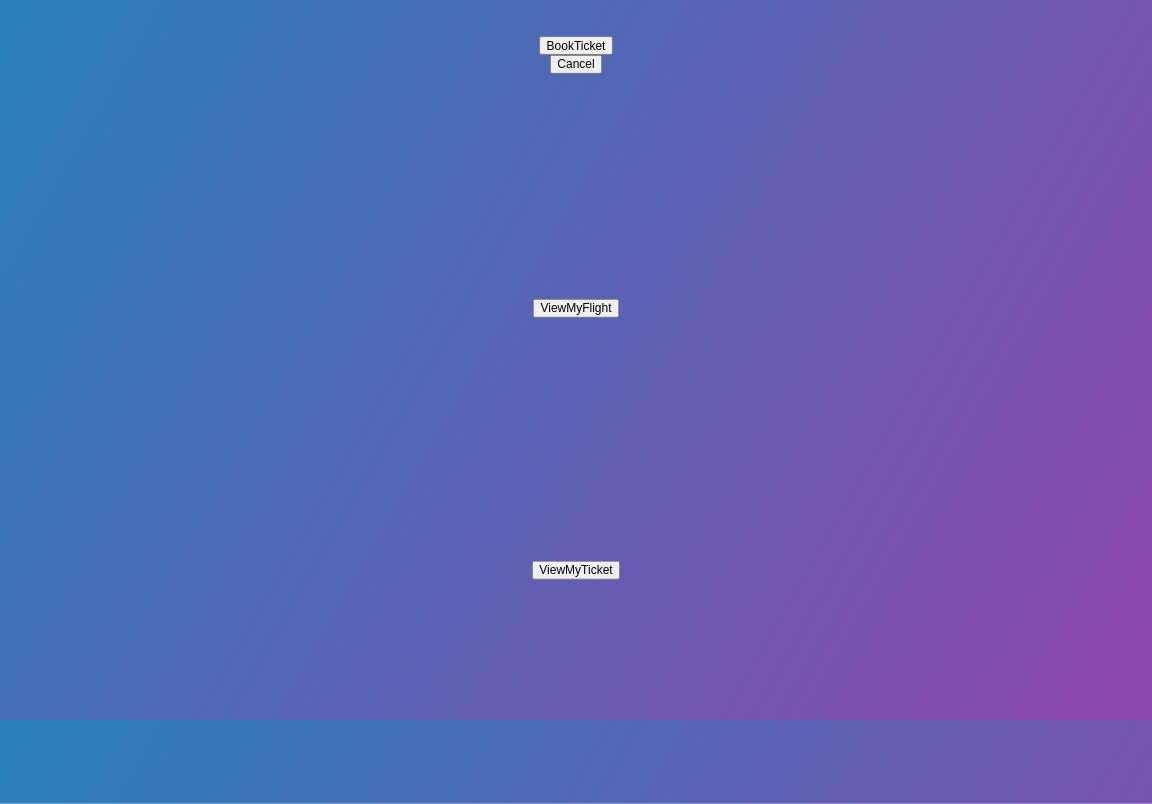
Repository: kalpesh3070/backend2
Page: flyaway/src/main/webapp/main.html
An editor plug-in stored every save of this project. The page is shown before and after the next save, followed by the edit.
The browser window is 1280 px wide. The pictures show the whole page, at 90% of full size.

Above is the page before, as saved 2022-11-14 16:21:08.

After the next save:
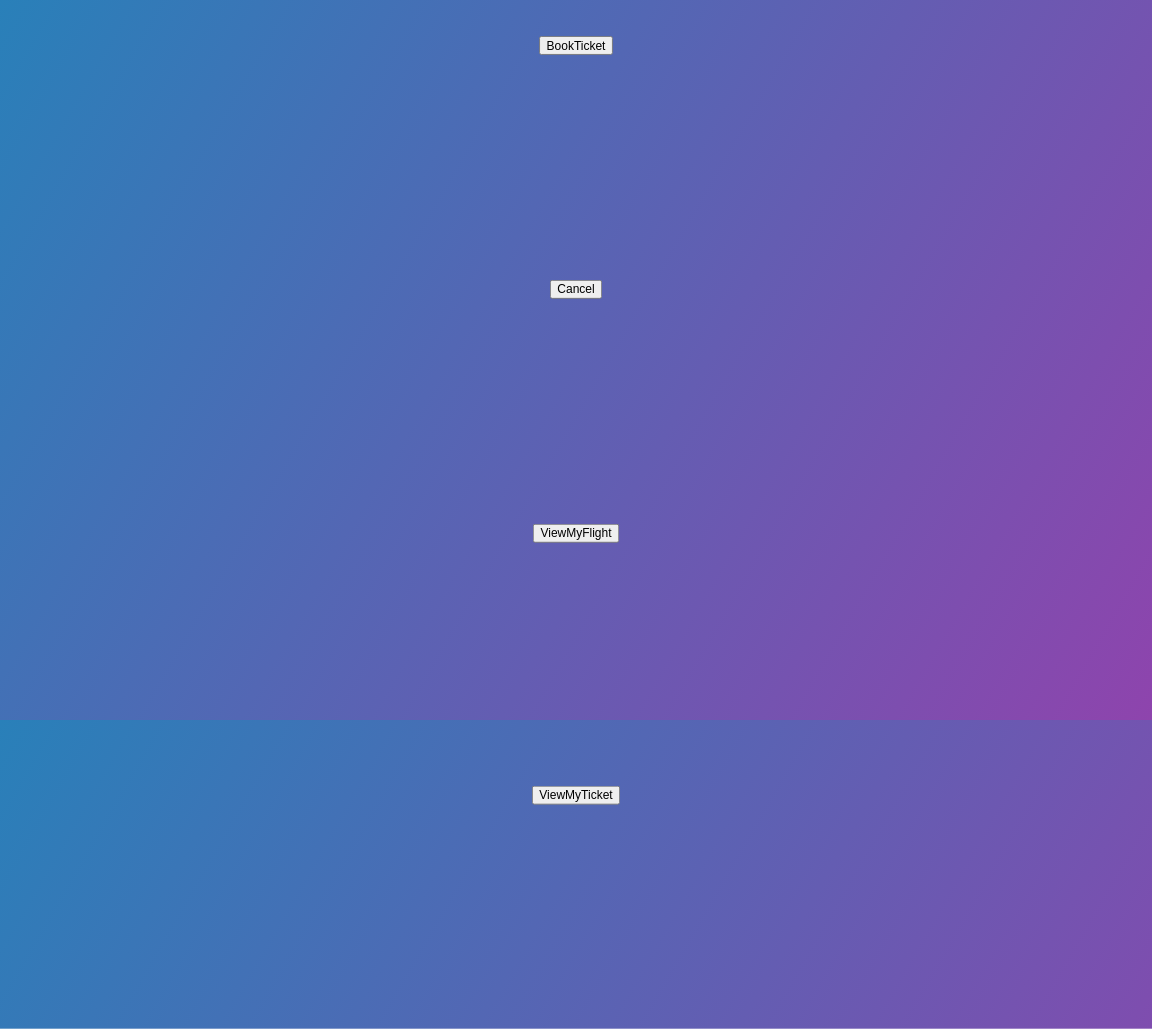
Saved 53 s later.
--- a/flyaway/src/main/webapp/main.css
+++ b/flyaway/src/main/webapp/main.css
@@ -21,3 +21,10 @@ overflow:hidden;
 	margin:250px auto;
 	size: 500px;
 }
+
+.cancel{
+	width : 100%;
+	margin:250px auto;
+	size: 500px
+
+}
